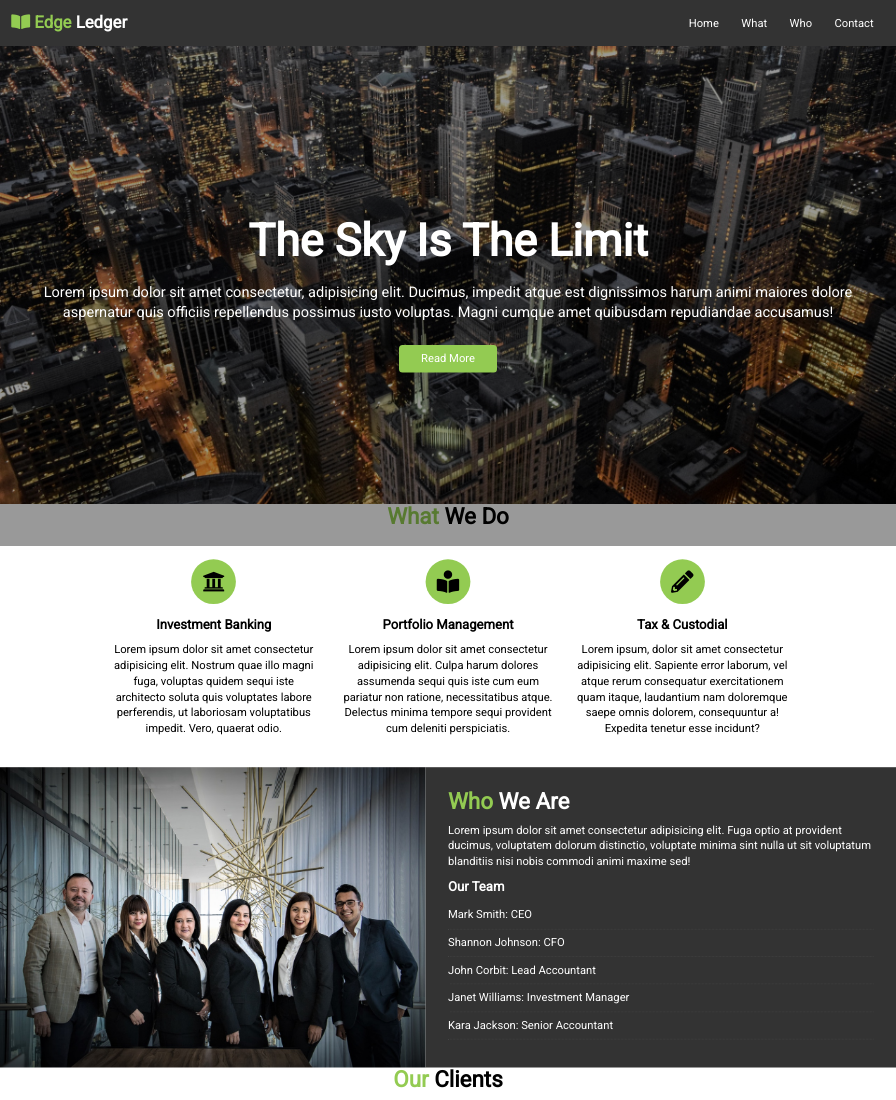
Repository: minhtien9/EdgeLedger-Financial-Web
Page: index.html
An editor plug-in stored every save of this project. The page is shown before and after the next save, followed by the edit.
The browser window is 1280 px wide. The pictures show the whole page, at 70% of full size.

Above is the page before, as saved 2021-08-16 22:39:03.

After the next save:
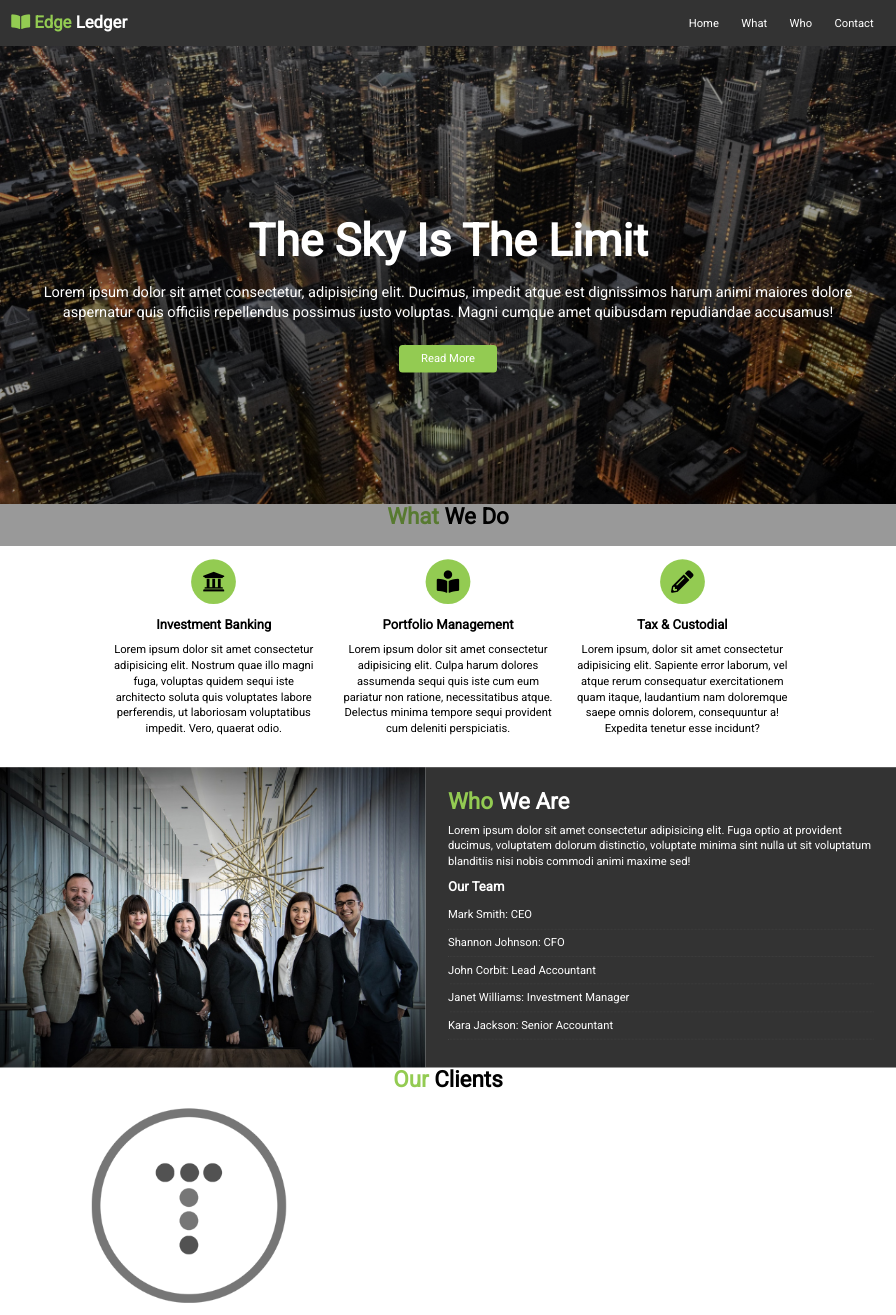
Saved 59 s later.
--- a/index.html
+++ b/index.html
@@ -103,6 +103,9 @@
                     <h2 class="m-heading text-center">
                         <span class="text-primary">Our</span> Clients
                     </h2>
+                    <div class="items">
+                        <div><img src="./img/logos/logo1.png" alt="" /></div>
+                    </div>
                 </div>
             </section>
 </body>
